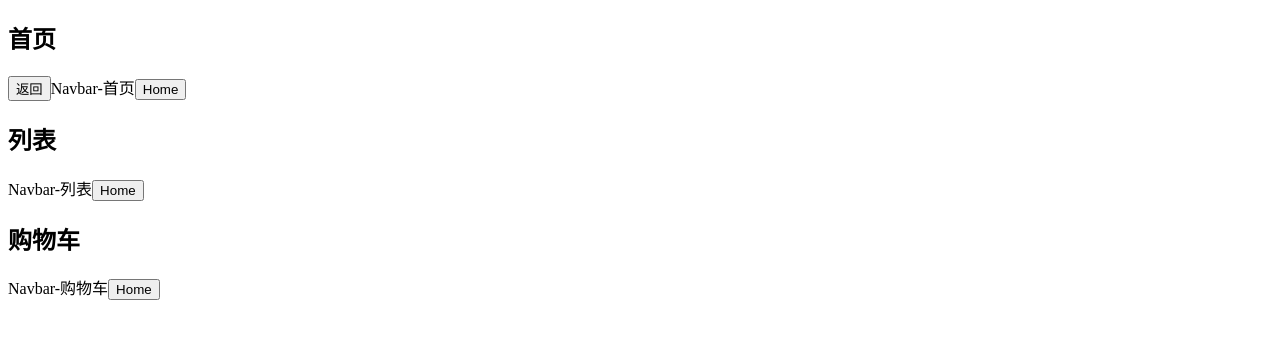
Repository: zenghao518518/React
Page: /
The author's editor kept a copy of each file at every save. The page is drawn from the files as they stood at one save, then again after the next save.
The browser window is 1280 px wide. The pictures show the whole page.
The project was rebuilt for these pictures with package versions that can differ from the ones it lists, and the page was loaded fresh each time.

Above is the page before, as saved 2023-07-24 17:52:15.

After the next save:
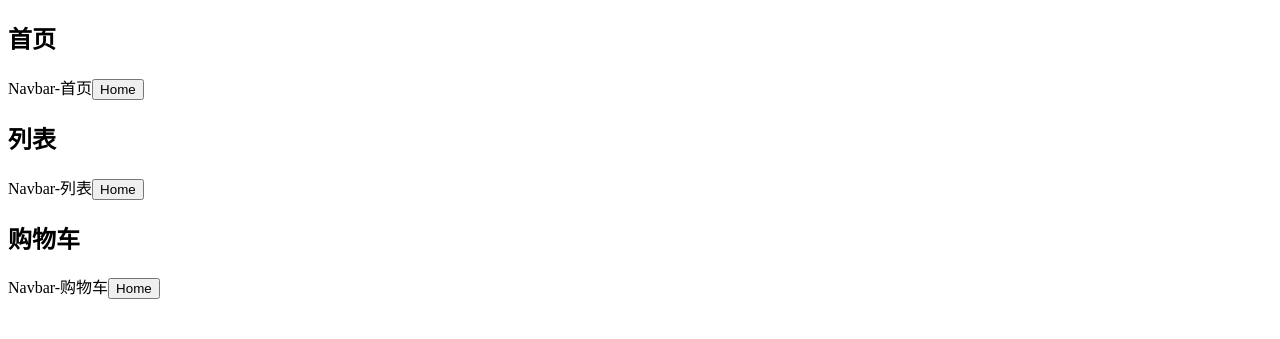
Saved 96 s later.
--- a/src/01-base/16-prop.js
+++ b/src/01-base/16-prop.js
@@ -6,7 +6,7 @@ export default class App extends Component {
       <div>
         <div>
           <h2>首页</h2>
-          <Navbar title="首页" leftshow="false"/>
+          <Navbar title="首页" leftshow={false}/>
         </div>
         <div>
           <h2>列表</h2>
